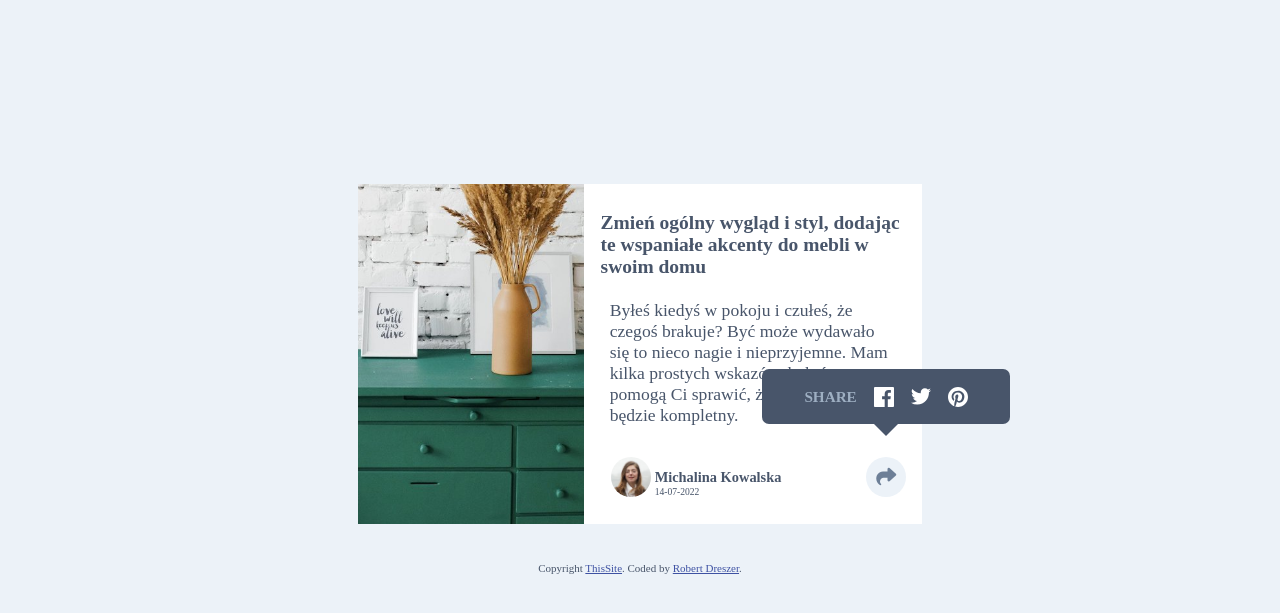
Repository: RobertDsr/komponent-podgl-du-produktu
Page: index.html
These files come from the project's save history. The page is drawn as it stood at one moment and after a run of saves; the edit follows.
The browser window is 1280 px wide. The pictures show the whole page.
Some web libraries are served in a nearby version. The style sheet was rebuilt from its Sass, Less or Tailwind sources for each picture, by a compiler version that may differ from the author's.

Above is the page before, as saved 2022-07-14 15:14:47.

After the next 3 saves:
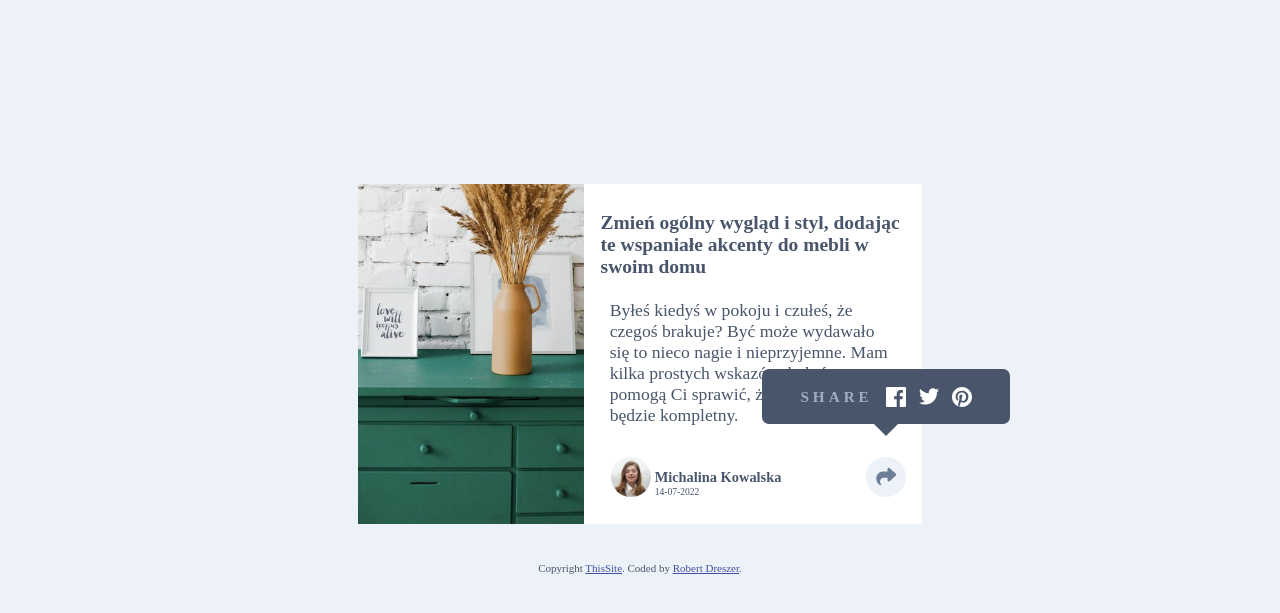
The 3 saves are shown as one change because they came seconds apart.
The last was saved 10 s later.
--- a/design/scss/main.scss
+++ b/design/scss/main.scss
@@ -132,6 +132,7 @@ body {
 .popup .mediaWrapper h3 {
     color: var(--Grayish-Blue);
     text-transform: uppercase;
+    letter-spacing: 4px;
 
 }
 
